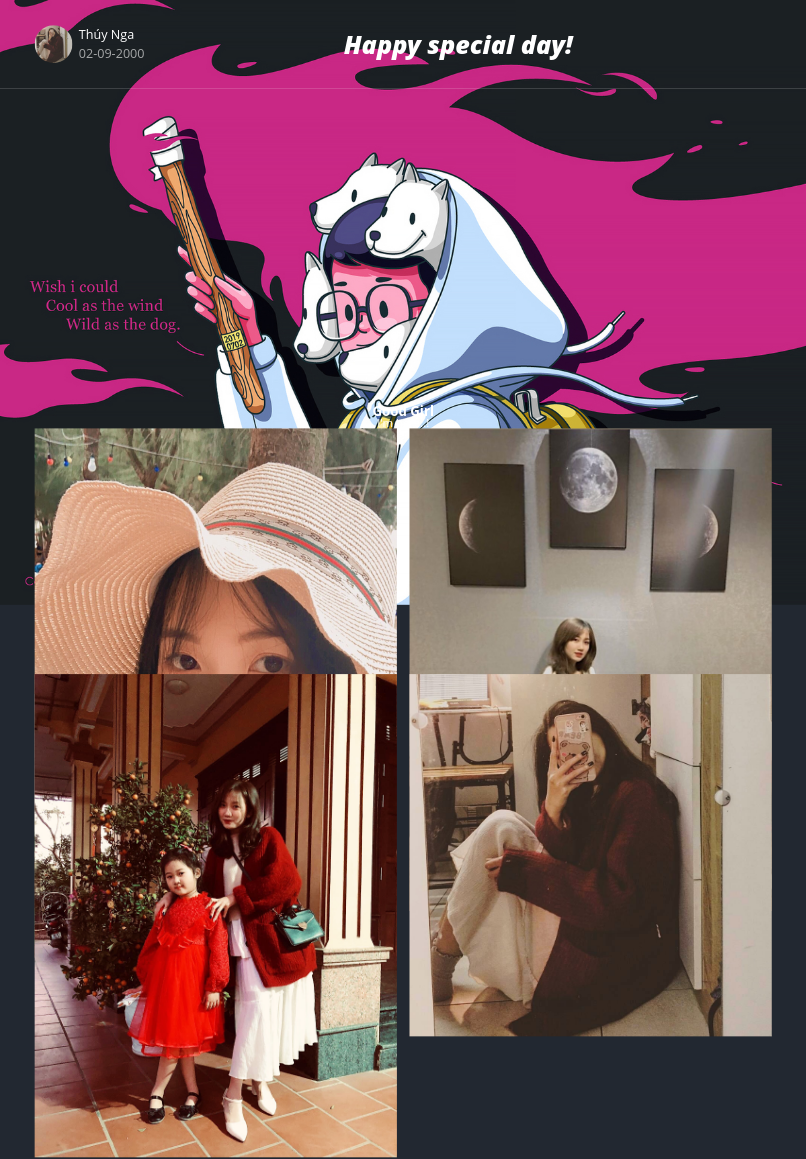
Repository: Datt21/p-happyB
Page: index.html
These files come from the project's save history. The page is drawn as it stood at one moment and after the next save; the edit follows.
The browser window is 1280 px wide. The pictures show the whole page, at 63% of full size.
Some icons come from a web library that is not loaded, so they are not drawn.

Above is the page before, as saved 2021-08-31 05:24:48.

### index.html
<!DOCTYPE html>
<html lang="en">
<head>
    <meta charset="UTF-8">
    <meta http-equiv="X-UA-Compatible" content="IE=edge">
    <meta name="viewport" content="width=device-width, initial-scale=1.0">
    <title>Document</title>
    <link rel="stylesheet" href="https://unicons.iconscout.com/release/v4.0.0/css/line.css">
    <link rel="stylesheet" href="./app.css">
</head>
<body>
<div class="wrapper">
    <header class="header">
        <div class="container">
            <div class="header-main">
                <div class="header-info">
                    <img src="./images/lemon.jpg" alt="" class="img-logo">
                    <div class="info">
                        <div class="info-name">Thúy Nga</div>
                        <div class="birth-day">02-09-2000 <i class="uil uil-users-alt"></i> </div>
                    </div>
                </div>

                <div class="menu">
                    <span class="text">Happy special day!</span>
                </div>

                <div class="icon-gift">
                    <a href=""><i class="uil uil-gift"></i></a>
                </div>
            </div>
        </div>
    </header>

    <main>
        <section class="about">
            <div class="container">
                <div class="you-header">
                    <h3 class="caption">Good Girl</h3>
                    <div class="heading">I'm here..!</div>
                </div>
                <div class="about-list">
                    <div class="about-item">
                        <img src="./images/img1.jpg" alt="">
                    </div>
                    <div class="about-item">
                        <img src="./images/img2.jpg" alt="">
                    </div>
                    <div class="about-item">
                        <img src="./images/img3.jpg" alt="">
                    </div>
                    <div class="about-item">
                        <img src="./images/img4.jpg" alt="">
                    </div>
                </div>
            </div>
        </section>
    </main>
</div>
    <script src="./app.js"></script>
</body>
</html>

### app.css
html {
    box-sizing: border-box;
}

* {
    margin: 0;
    padding: 0;
}

*,
*:before,
*:after {
    box-sizing: border-box;
}

a {
    text-decoration: none;
}

img {
    display: block;
    max-width: 100%;
}

html {
    scroll-behavior: smooth;
}

body {
    font-family: "Open sans", sans-serif;
    font-size: 18px;
    line-height: 1;
    color: white;
    background-color: #222831;
    overflow-x: hidden;
}
section[id] {
    scroll-margin-top: 30px;
}

.wrapper {
    max-width: 1920px;
    margin: 0 auto;
    background: url("../images/banner.jpg") no-repeat top/100%;
    /* min-height: 300vh; */
}

main {
    min-height: 200vh;
}
.container {
    max-width: 1200px;
    margin: 0 auto;
    padding: 0 15px;
}

.header {
    border-bottom: 1px solid rgba(255, 255, 255, 0.3);
}
.header-main {
    display: flex;
    justify-content: space-between;
    align-items: center;
    padding: 40px 0;
}
.header-info {
    display: flex;
    align-items: center;
    gap: 0 10px;
    font-size: 20px;
}

.img-logo {
    width: 60px;
    height: 60px;
    border-radius: 50%;
}

.info-name {
    padding-bottom: 10px;
}
.birth-day {
    opacity: 0.6;
}

.menu .text {
    font-style: italic;
    font-size: 40px;
    font-weight: 800;
}

.icon-gift i {
    font-size: 40px;
    color: white;
    font-weight: 600;
}

.about {
    padding-top: 500px;
    padding-bottom: 200px;
}
.you-header {
    text-align: center;
    max-width: 490px;
    margin: 0 auto;
}

main {
    min-height: 200vh;
}

.about-list {
    text-align: center;
    display: grid;
    grid-template-columns: 1fr 1fr;
    grid-gap: 20px;
    grid-template-rows: 370px 180px 370px;
}

Loaded but not shown: app.js (no copy from this time; the picture is the same without it)

After the next save:
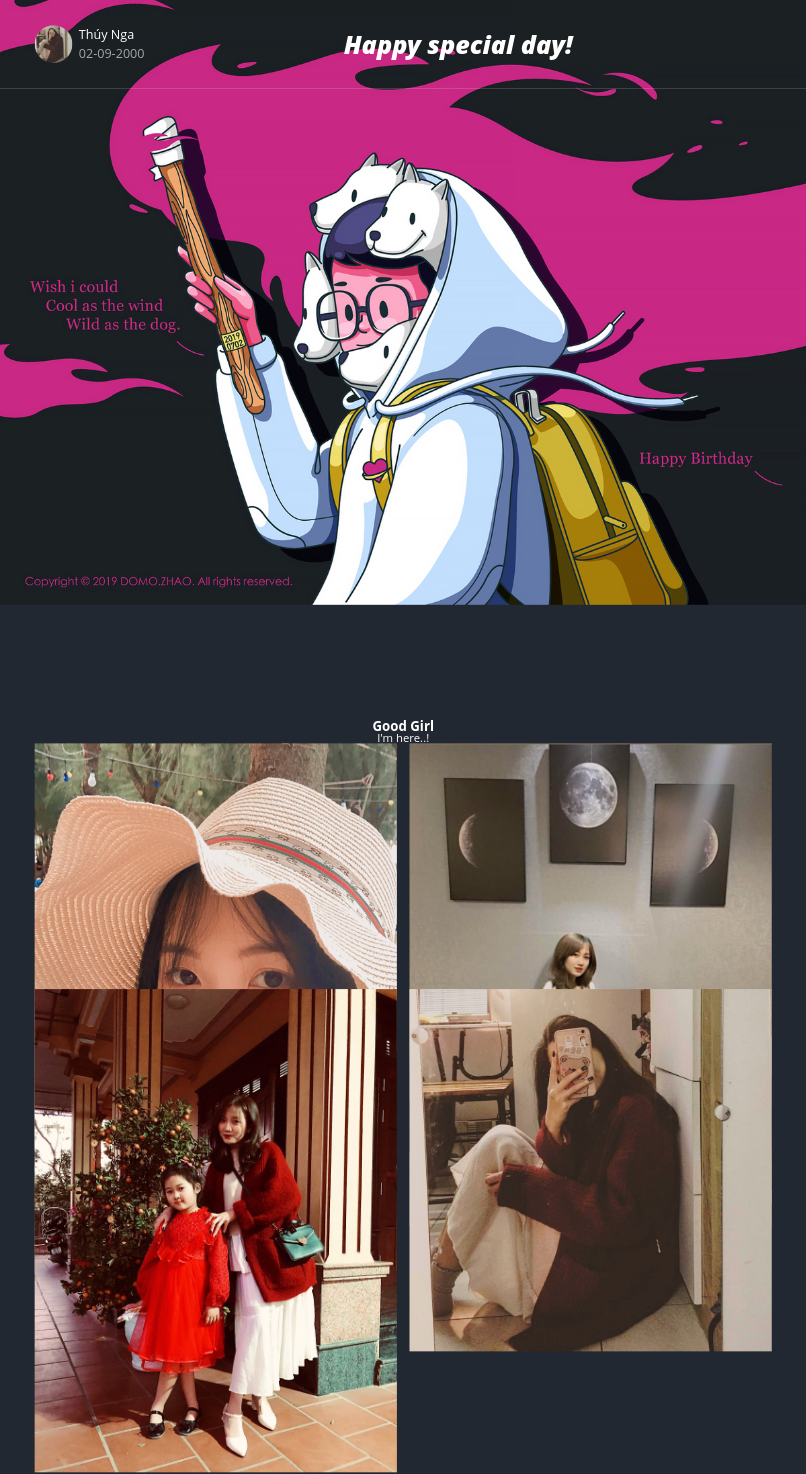
Saved 6 s later.
--- a/app.css
+++ b/app.css
@@ -96,7 +96,7 @@ main {
 }
 
 .about {
-    padding-top: 500px;
+    padding-top: 1000px;
     padding-bottom: 200px;
 }
 .you-header {
